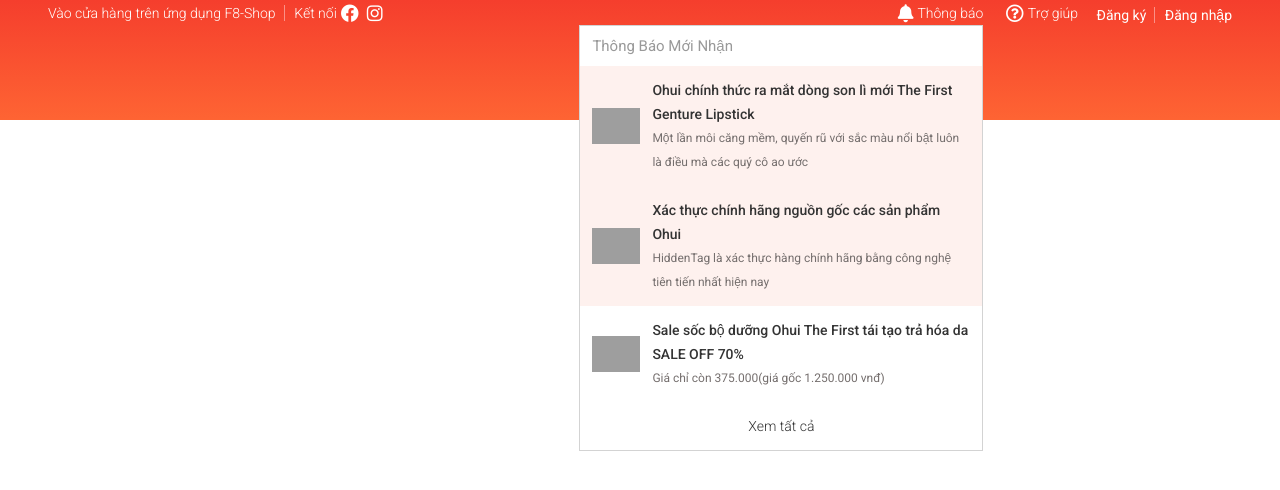
Repository: huynhnhan112/Shopee_Homepage
Page: index.html
These files come from the project's save history. The page is drawn as it stood at one moment and after the next save; the edit follows.
The browser window is 1280 px wide. The pictures show the whole page.
Pictures or frames that could not be fetched are drawn as grey boxes.

Above is the page before, as saved 2021-11-19 11:03:49.

After the next save:
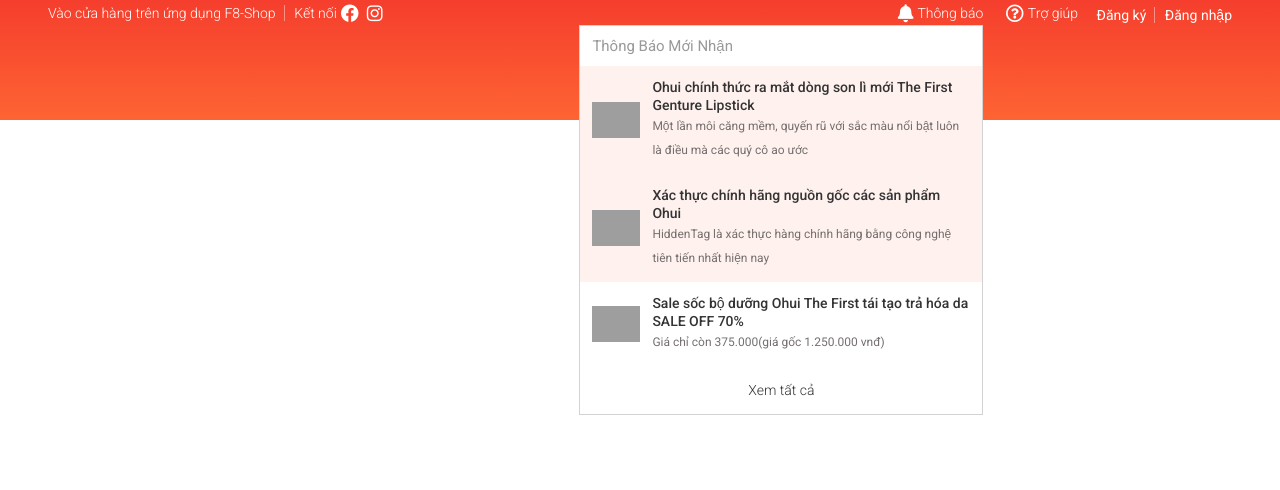
Saved 46 s later.
--- a/assets/css/style.css
+++ b/assets/css/style.css
@@ -182,6 +182,7 @@
     font-size: 1.4rem;
     color: var(--text-color);
     font-weight: 500;
+    line-height: 1.8rem;
 }
 
 .header__notify-description{
